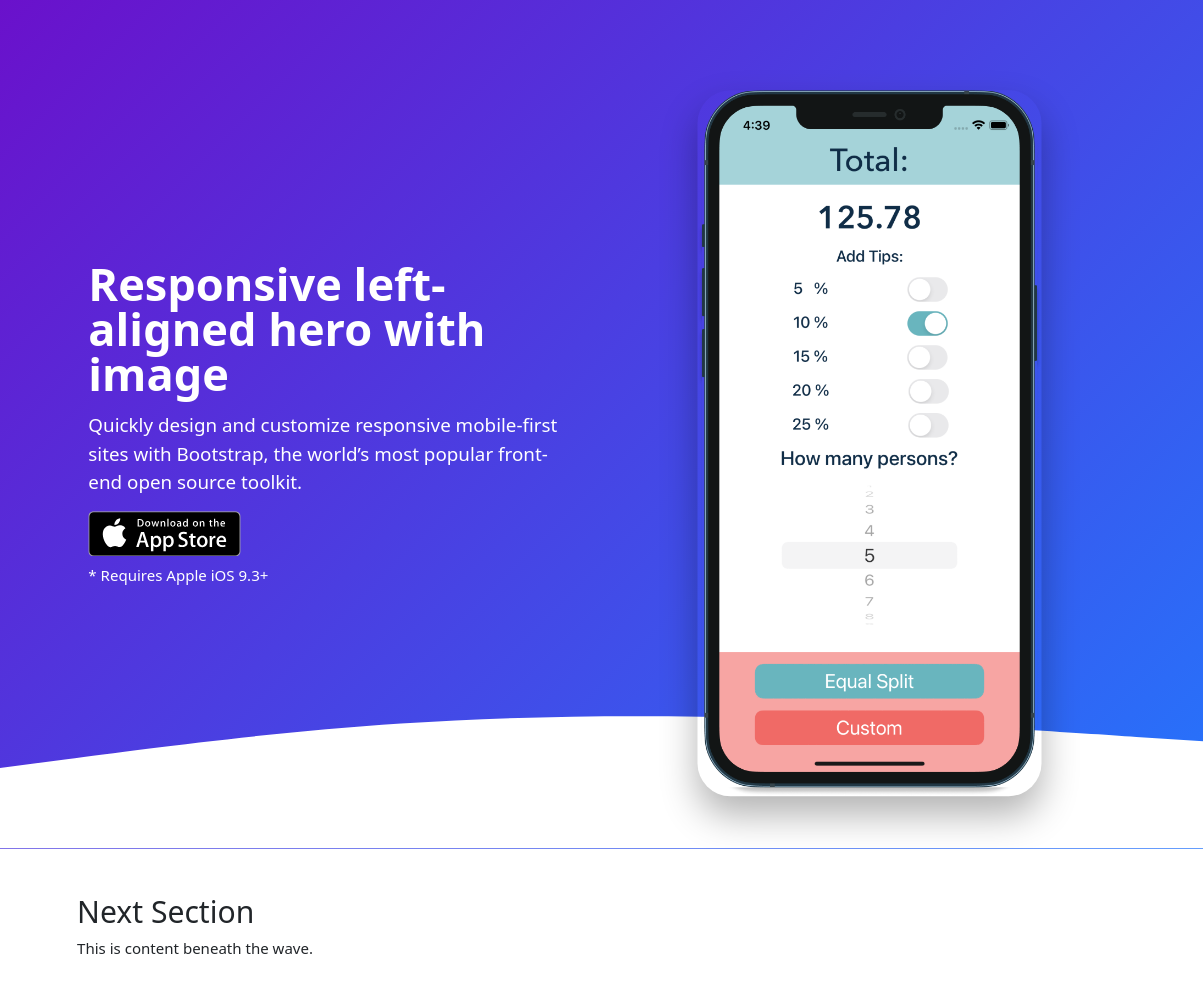
Repository: lyutok/iOS
Page: Billequal_landpage/index.html
An editor plug-in stored every save of this project. The page is shown before and after the next save, followed by the edit.
The browser window is 1280 px wide. The pictures show the whole page, at 94% of full size.

Above is the page before, as saved 2025-10-16 17:17:15.

### Billequal_landpage/index.html
<!DOCTYPE html>
<html lang="en">
<head>
  <meta charset="UTF-8">
  <meta name="viewport" content="width=device-width, initial-scale=1.0">
  <title>Billequal</title>
  <link href="https://cdn.jsdelivr.net/npm/bootstrap@5.2.3/dist/css/bootstrap.min.css" rel="stylesheet" integrity="sha384-rbsA2VBKQhggwzxH7pPCaAqO46MgnOM80zW1RWuH61DGLwZJEdK2Kadq2F9CUG65" crossorigin="anonymous">
  <link rel="stylesheet" href="./css/style.css">
</head>
<body>
<section id="main" class="gradient-background position-relative overflow-hidden">
  <div class="container col-xxl-8 px-4 py-5 position-relative" style="z-index: 2;">
    <div class="row flex-lg-row-reverse align-items-center g-5 py-5">
      <div class="col-10 col-sm-8 col-lg-6">
        <img src="./images/Billequal_home.png"
             class="d-block mx-lg-auto img-fluid hero-image"
             alt="billequal screenshot"
             height="50 %"
             loading="lazy">
      </div>
      <div class="col-lg-6">
        <h1 class="display-5 fw-bold lh-1 mb-3">
          Responsive left-aligned hero with image
        </h1>
        <p class="lead">
          Quickly design and customize responsive mobile-first sites with Bootstrap, the world’s most popular front-end open source toolkit.
        </p>
        <div class="mb-5 mb-lg-0">
          <a class="me-3" href="#!">
            <img src="./images/app-store-badge.svg" style="height: 3rem">
          </a>
          <div class="page-header-ui-text mt-2 text-xs font-italic">
            * Requires Apple iOS 9.3+
          </div>
        </div>
      </div>
    </div>
  </div>

  <!-- 🌊 Wave divider -->
  <div class="wave-divider position-absolute bottom-0 start-0 w-100" style="z-index: 1;">
    <svg viewBox="0 0 1440 320" xmlns="http://www.w3.org/2000/svg">
      <path fill="#ffffff" fill-opacity="1"
        d="M0,224L80,213.3C160,203,320,181,480,170.7C640,160,800,160,960,165.3C1120,171,1280,181,1360,186.7L1440,192L1440,320L1360,320C1280,320,1120,320,960,320C800,320,640,320,480,320C320,320,160,320,80,320L0,320Z">
      </path>
    </svg>
  </div>
</section>

<section class="container my-5">
  <h2>Next Section</h2>
  <p>This is content beneath the wave.</p>
</section>

</body>
</html>

### Billequal_landpage/css/style.css
/* .gradient-background {
	background: linear-gradient(-45deg, #ee7752, #e73c7e, #23a6d5, #23d5ab);
	background-size: 400% 400%;
	animation: gradient 15s ease infinite;
}

@keyframes gradient {
	0% {
		background-position: 0% 50%;
	}
	50% {
		background-position: 100% 50%;
	}
	100% {
		background-position: 0% 50%;
	}
} */

.gradient-background {
  background: linear-gradient(135deg, #6a11cb, #2575fc);
  color: white;
  position: relative;
}

/* Keep SVG under the content */
.wave-divider svg {
  display: block;
  width: 100%;
  height: auto;
}

/* Float the hero image slightly above the wave */
.hero-image {
  position: relative;
  z-index: 3; /* 👈 This ensures it stays above the SVG */
  margin-bottom: -40px; /* Moves it down toward the wave visually */
  box-shadow: 0 20px 40px rgba(0, 0, 0, 0.3);
  border-radius: 35px;
  max-width: 70%;
}

After the next save:
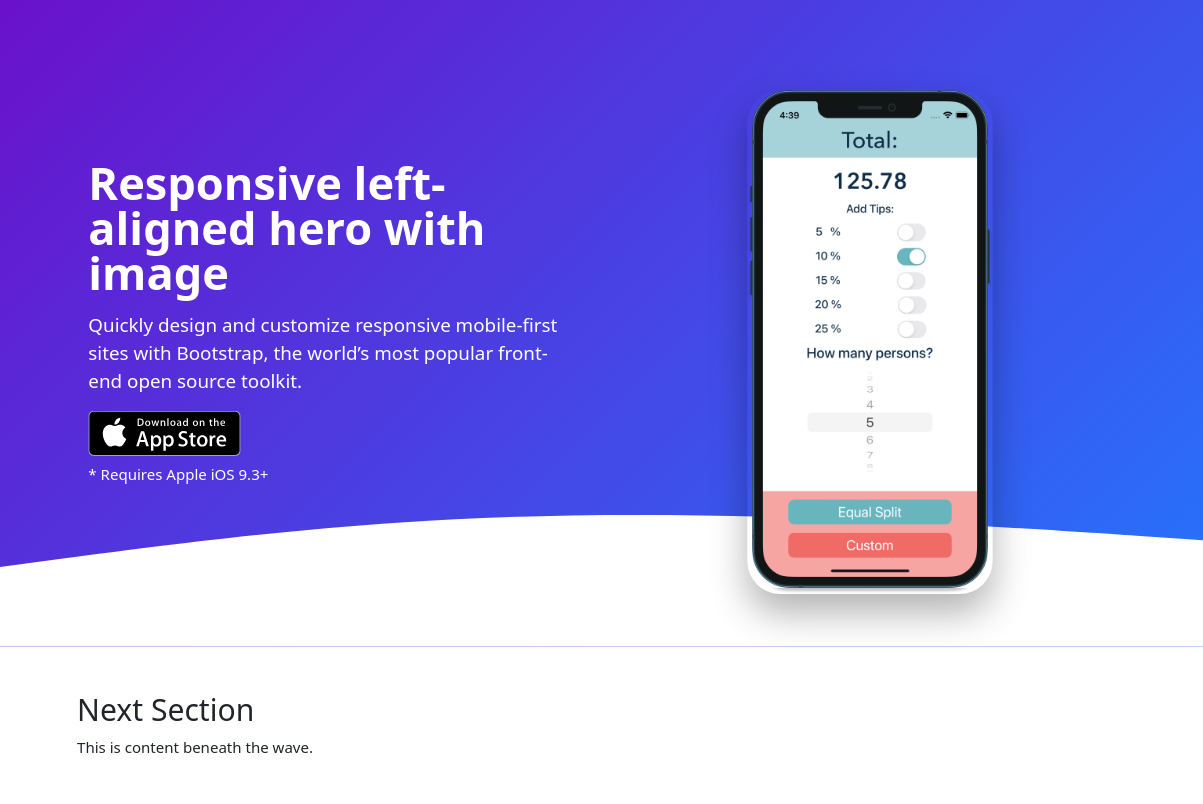
Saved 15 s later.
--- a/Billequal_landpage/css/style.css
+++ b/Billequal_landpage/css/style.css
@@ -36,5 +36,5 @@
   margin-bottom: -40px; /* Moves it down toward the wave visually */
   box-shadow: 0 20px 40px rgba(0, 0, 0, 0.3);
   border-radius: 35px;
-  max-width: 70%;
+  max-width: 50%;
 }
